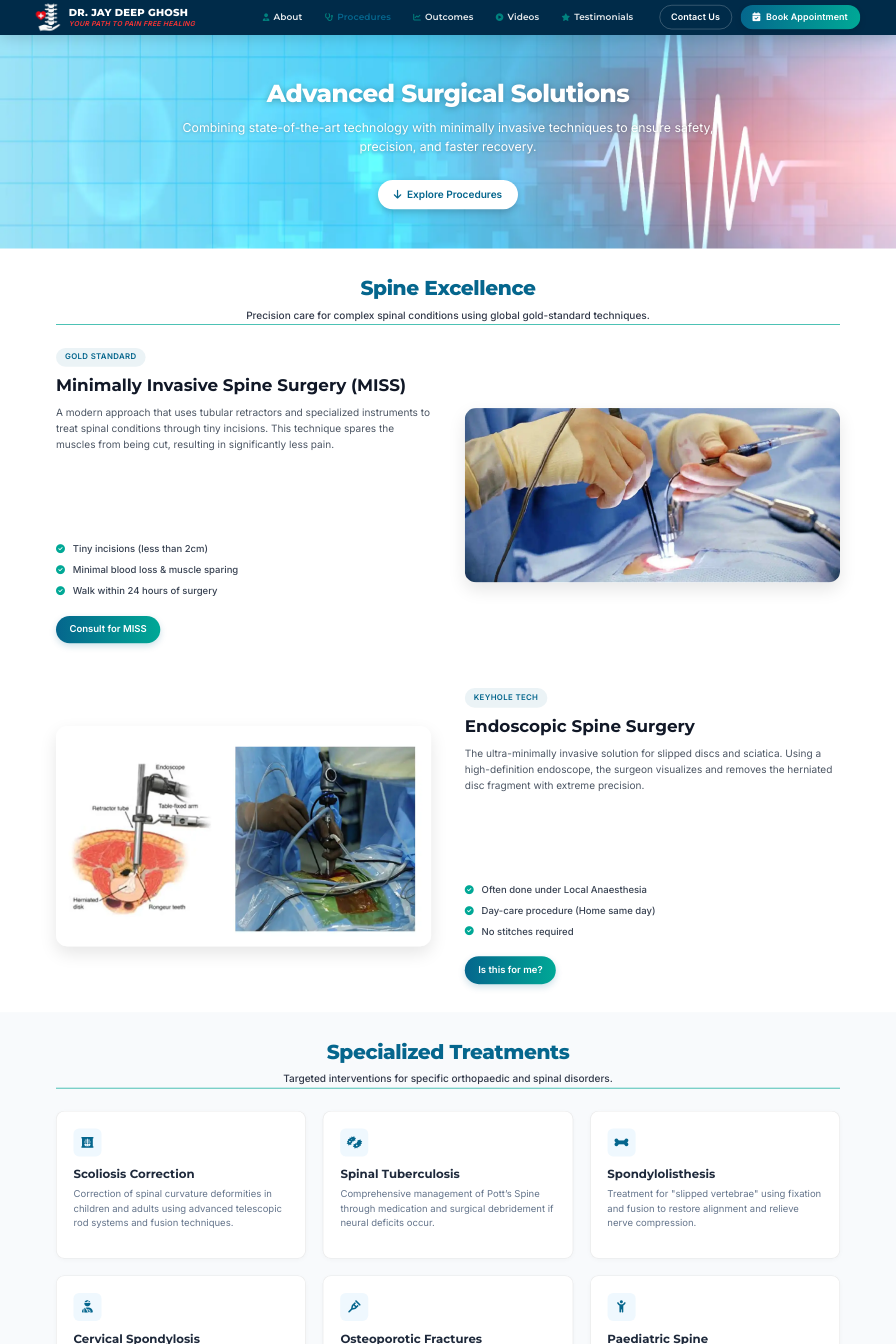
Repository: Kape-21/dr-JDGhosh
Page: procedures.html
An editor plug-in stored every save of this project. The page is shown before and after the next save, followed by the edit.
The browser window is 1280 px wide. The pictures show the part of the page from y = 0 to 1920 px (the page is 4461 px tall before and 3963 px after), at 70% of full size.

Above is the page before, as saved 2026-01-30 01:32:29.

After the next save:
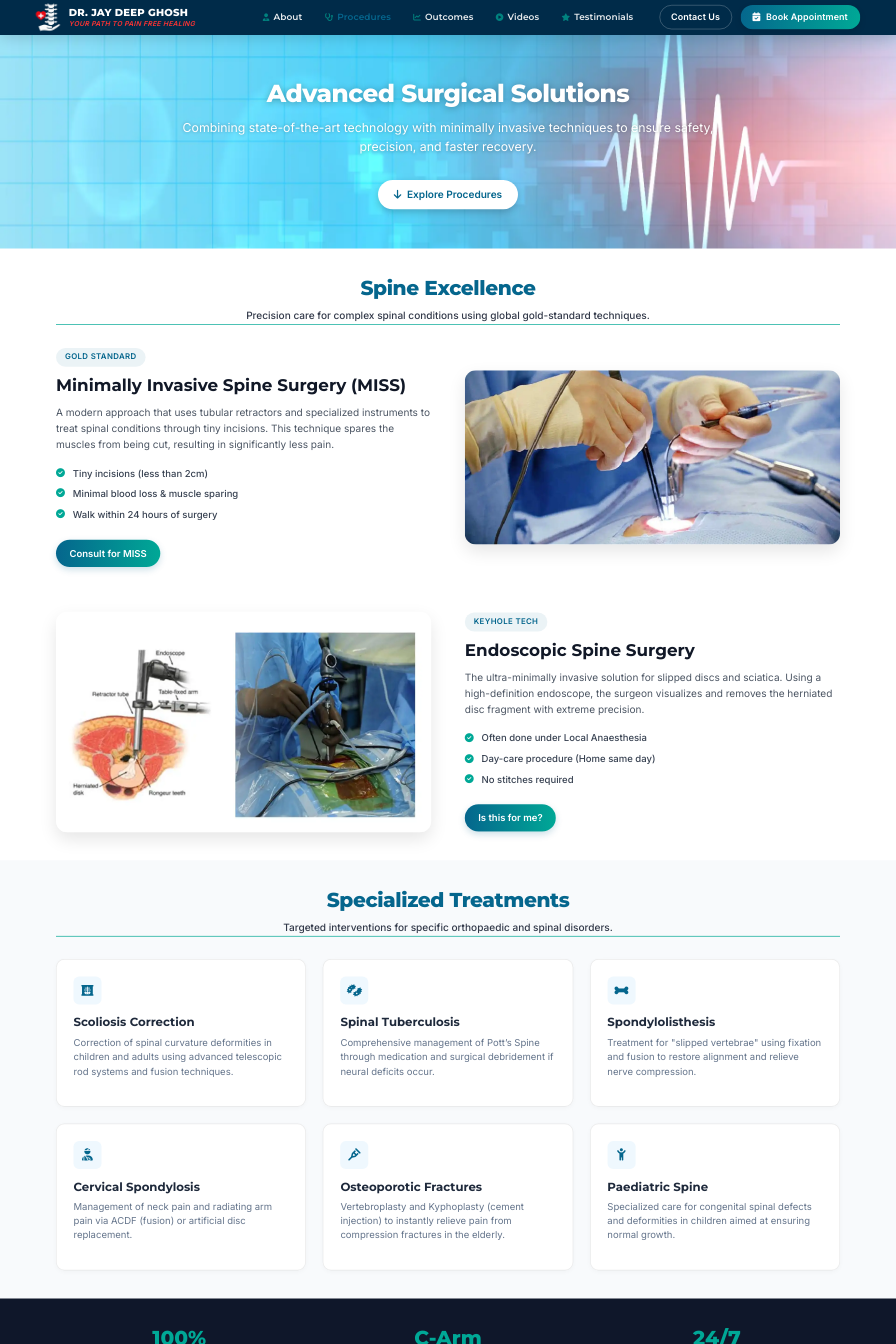
Saved 13 s later.
--- a/procedures.html
+++ b/procedures.html
@@ -185,7 +185,7 @@
     .spotlight-desc {
       font-size: 0.9rem;
       color: #4b5563;
-      margin-bottom: 8rem;
+      margin-bottom: 1.2rem;
     }
 
     .feature-list {
